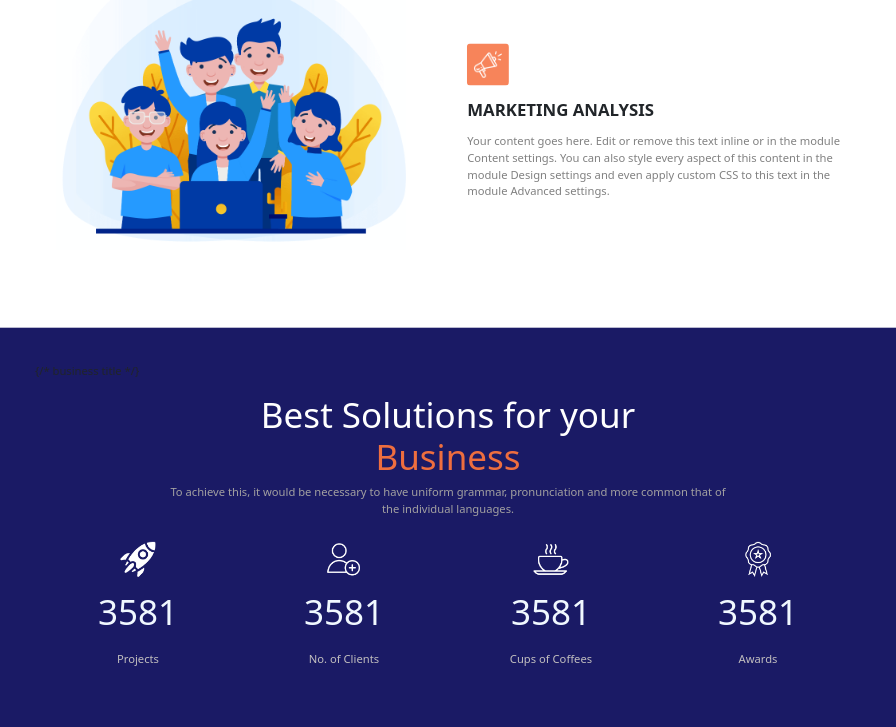
Repository: meherujjahan/Molti-website
Page: index.html
An editor plug-in stored every save of this project. The page is shown before and after the next save, followed by the edit.
The browser window is 1280 px wide. The pictures show the part of the page from y = 3483 to 5403 px (the page is 4522 px tall before and 5403 px after), at 70% of full size.
Some web libraries are served in a nearby version.

Above is the page before, as saved 2022-03-08 20:26:52.

After the next save:
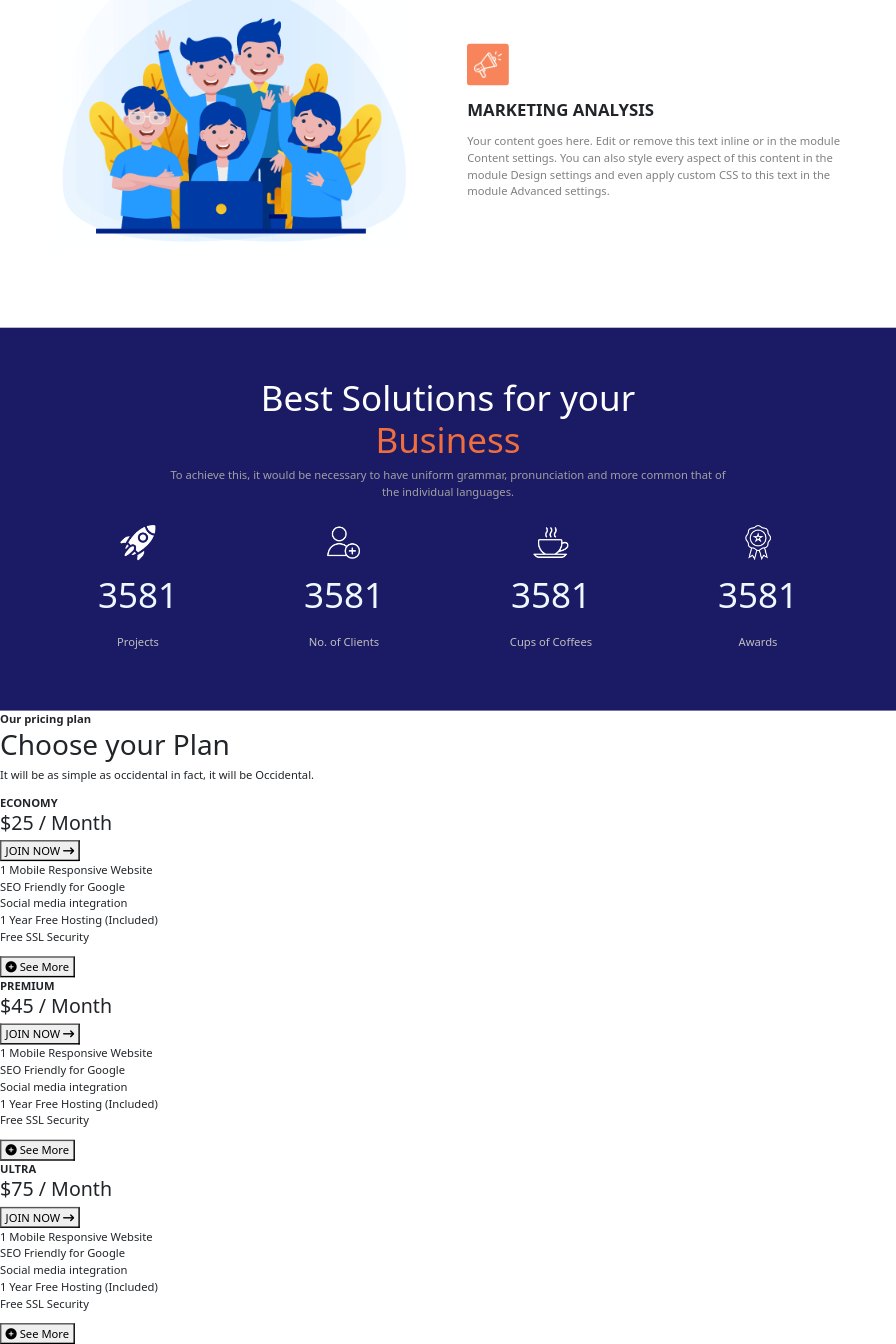
Saved 2 min 30 s later.
--- a/index.html
+++ b/index.html
@@ -488,7 +488,6 @@
         ------------------>
       <section>
         <div class="business">
-          {/* business title */}
           <div class="business-text">
             <h1>
               Best Solutions for your <br />
@@ -526,6 +525,73 @@
           </div>
         </div>
       </section>
+      <!-----------------
+          CHOCESS PLAN
+        --------------->
+      <section>
+        <div class="choosePlan">
+          <div class="choosePlan-text">
+            <b>Our pricing plan</b>
+            <h1>Choose your <span>Plan</span></h1>
+            <p>
+              It will be as simple as occidental in fact, it will be Occidental.
+            </p>
+          </div>
+          <div class="choosePlan-card">
+            <div class="choosePlan-single-card">
+              <b>ECONOMY</b>
+              <h3>$25 / Month</h3>
+              <button>
+                JOIN NOW <i class="fa-solid fa-arrow-right-long"></i>
+              </button>
+              <p>
+                1 Mobile Responsive
+                <span>
+                  Website <br />
+                  SEO
+                </span>
+                Friendly for Google <br />Social media integration <br />1 Year
+                <span> Free Hosting </span> (Included) <br />Free SSL Security
+              </p>
+              <button><i class="fa-solid fa-circle-plus"></i> See More</button>
+            </div>
+            <div class="choosePlan-single-card">
+              <b>PREMIUM</b>
+              <h3>$45 / Month</h3>
+              <button>
+                JOIN NOW <i class="fa-solid fa-arrow-right-long"></i>
+              </button>
+              <p>
+                1 Mobile Responsive
+                <span>
+                  Website <br />
+                  SEO
+                </span>
+                Friendly for Google <br />Social media integration <br />1 Year
+                <span> Free Hosting </span> (Included) <br />Free SSL Security
+              </p>
+              <button><i class="fa-solid fa-circle-plus"></i> See More</button>
+            </div>
+            <div class="choosePlan-single-card">
+              <b>ULTRA</b>
+              <h3>$75 / Month</h3>
+              <button>
+                JOIN NOW <i class="fa-solid fa-arrow-right-long"></i>
+              </button>
+              <p>
+                1 Mobile Responsive
+                <span>
+                  Website <br />
+                  SEO
+                </span>
+                Friendly for Google <br />Social media integration <br />1 Year
+                <span> Free Hosting </span> (Included) <br />Free SSL Security
+              </p>
+              <button><i class="fa-solid fa-circle-plus"></i> See More</button>
+            </div>
+          </div>
+        </div>
+      </section>
     </main>
   </body>
 </html>
